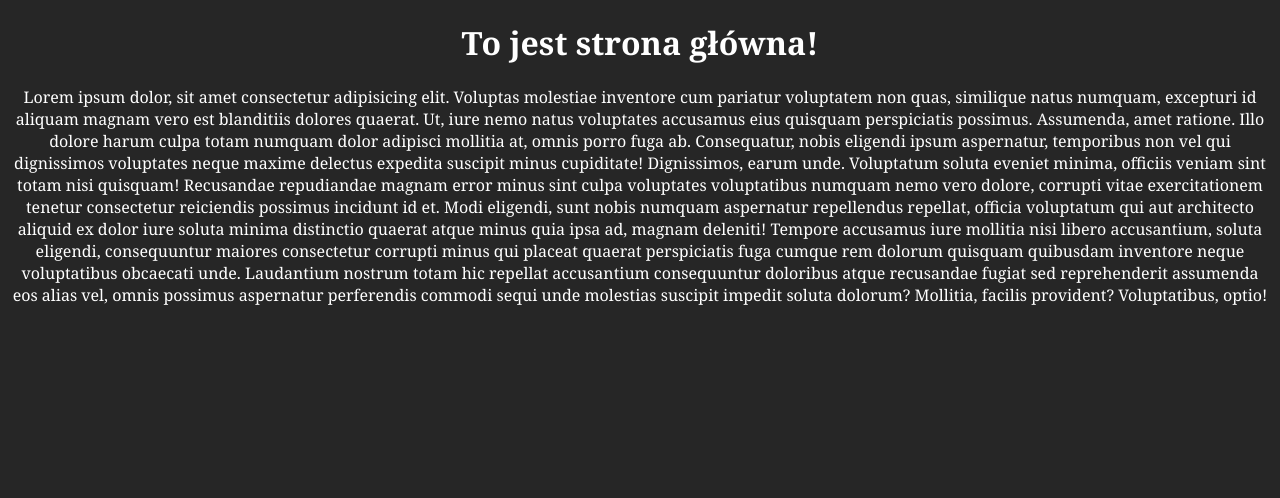
Repository: emas130/my-first-blog
Page: http://localhost/
The author's editor kept a copy of each file at every save. The page is drawn from the files as they stood at one save, then again after the next save.
The browser window is 1280 px wide. The pictures show the whole page.
The page is served by the project's application, run on Django 2.2 (manage.py). Other server files are loaded and not shown.

Above is the page before, as saved 2020-01-21 15:42:31.

### stronamoja/views.py
from django.http import HttpResponse
from django.shortcuts import render

def about(request):
   # Adres strony który funkcja wywołuje
   return render(request, 'about.html')

def blog(request):
   #return HttpResponse('To jest blog')
   return render(request, 'blog.html')

def home(request):
   return render(request, 'home.html')

def gallery(request):
   return render(request, 'gallery.html')

### templates/home.html
{% load static %}
<!DOCTYPE html>
<html lang="en">
<head>
   <meta charset="UTF-8">
   <meta name="viewport" content="width=device-width, initial-scale=1.0">
   <meta http-equiv="X-UA-Compatible" content="ie=edge">
   <link rel="stylesheet" href="/static/style.css">
   <title>Document</title>
</head>
<body>
   <h1>To jest strona główna!</h1>
  <div class="container">
      <p>Lorem ipsum dolor, sit amet consectetur adipisicing elit. Voluptas molestiae inventore cum pariatur voluptatem non quas, similique natus numquam, excepturi id aliquam magnam vero est blanditiis dolores quaerat. Ut, iure nemo natus voluptates accusamus eius quisquam perspiciatis possimus. Assumenda, amet ratione. Illo dolore harum culpa totam numquam dolor adipisci mollitia at, omnis porro fuga ab. Consequatur, nobis eligendi ipsum aspernatur, temporibus non vel qui dignissimos voluptates neque maxime delectus expedita suscipit minus cupiditate! Dignissimos, earum unde. Voluptatum soluta eveniet minima, officiis veniam sint totam nisi quisquam! Recusandae repudiandae magnam error minus sint culpa voluptates voluptatibus numquam nemo vero dolore, corrupti vitae exercitationem tenetur consectetur reiciendis possimus incidunt id et. Modi eligendi, sunt nobis numquam aspernatur repellendus repellat, officia voluptatum qui aut architecto aliquid ex dolor iure soluta minima distinctio quaerat atque minus quia ipsa ad, magnam deleniti! Tempore accusamus iure mollitia nisi libero accusantium, soluta eligendi, consequuntur maiores consectetur corrupti minus qui placeat quaerat perspiciatis fuga cumque rem dolorum quisquam quibusdam inventore neque voluptatibus obcaecati unde. Laudantium nostrum totam hic repellat accusantium consequuntur doloribus atque recusandae fugiat sed reprehenderit assumenda eos alias vel, omnis possimus aspernatur perferendis commodi sequi unde molestias suscipit impedit soluta dolorum? Mollitia, facilis provident? Voluptatibus, optio!</p>
   </div>
</body>
</html>

### stronamoja/urls.py
from django.contrib import admin
from django.urls import path
from . import views
from django.contrib.staticfiles.urls import staticfiles_urlpatterns

urlpatterns = [
    path('admin/', admin.site.urls),
    path('about/', views.about),
    path('blog/', views.blog),
    path('gallery', views.gallery),
    path('', views.home),
]

urlpatterns += staticfiles_urlpatterns()

### stronamoja/pliki/style.css
body {
   background-color: #262626;
   color: #fff;
   text-align: center;
   font-family: Cambria, Cochin, Georgia, Times, 'Times New Roman', serif;
   width: auto 20%;
}

After the next save:
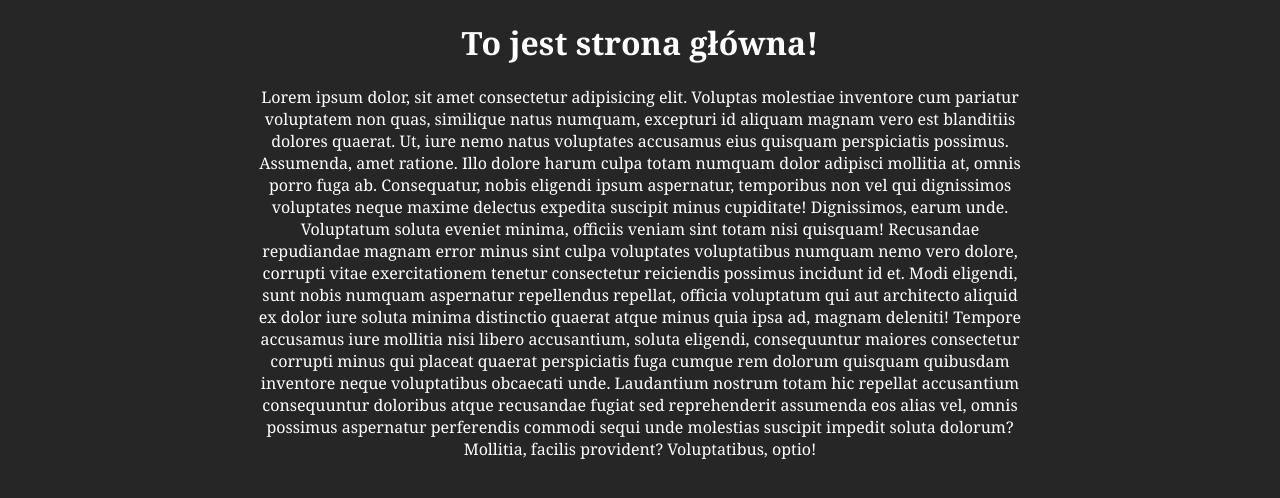
Saved 22 s later.
--- a/stronamoja/pliki/style.css
+++ b/stronamoja/pliki/style.css
@@ -3,5 +3,5 @@ body {
    color: #fff;
    text-align: center;
    font-family: Cambria, Cochin, Georgia, Times, 'Times New Roman', serif;
-   width: auto 20%;
+   margin: auto 20%;
 }
